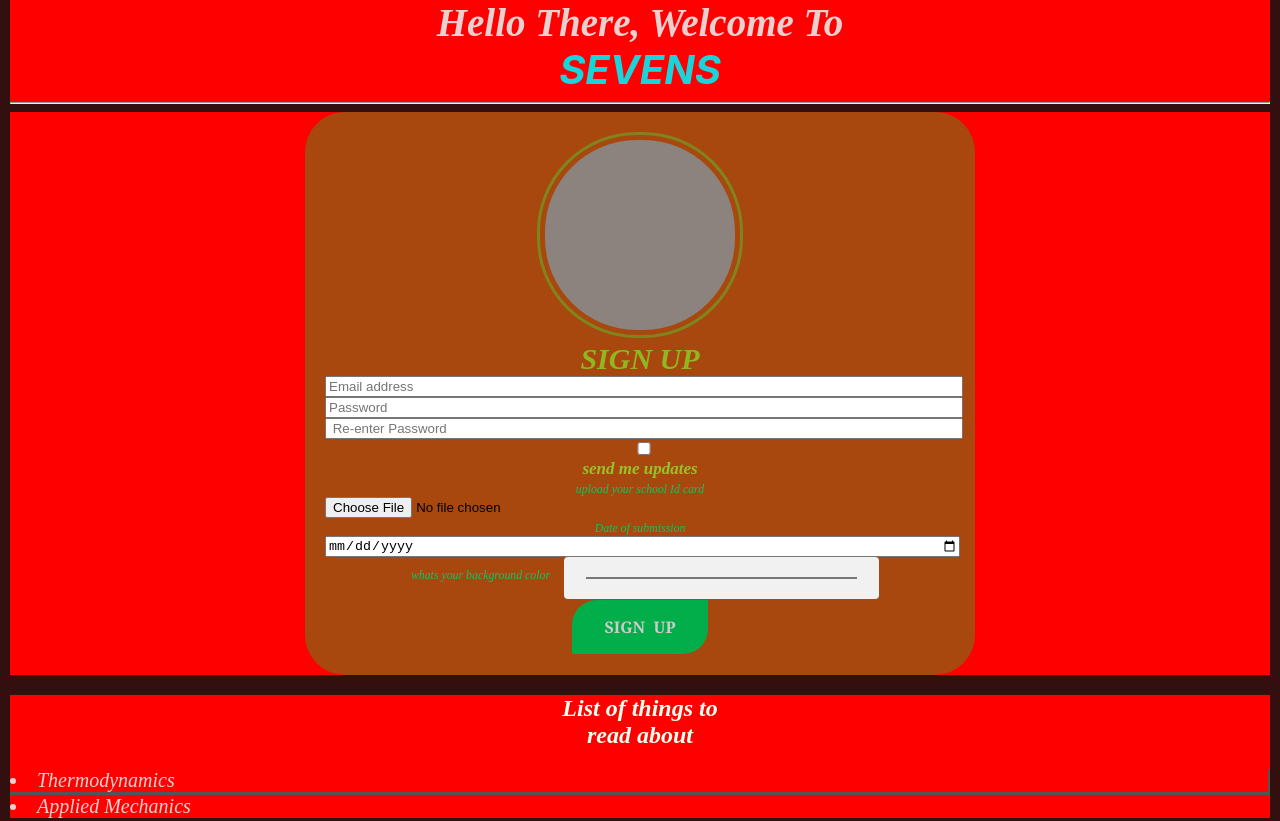
Repository: Ayomipo127/osasona
Page: signuppage.html
These files come from the project's save history. The page is drawn as it stood at one moment and after the next save; the edit follows.
The browser window is 1280 px wide. The pictures show the whole page.
Pictures or frames that could not be fetched are drawn as grey boxes.

Above is the page before, as saved 2021-08-30 22:33:51.

### signuppage.html
<!DOCTYPE HTML>
<html>
<title>My First Website</title>
<base src="../osasona">

<head>
    <link rel="stylesheet" href="css/style.css">
    <meta name="website" keywords="my First Website">
    <meta charset="UTF-8">
    <meta name="viewport" content="width=device--width, initial-scale=1.0">
    <meta http-equiv="X-UA-Compatible" content="ie=edge">

</head>

<body>
    <div class="header">
        <h3 class="bar2"><b>Hello There, Welcome To</b></h3>
        <h1>SEVENS </h1>
        <hr>
    </div>

    <div align="center">
        <form class="signup">
            <img class="try" src="images/pencil.jpg "> <br>
            <h2 class="temmy">SIGN UP </h2>
            <input placeholder="Email address">
            <br>
            <input placeholder="Password" type="password">
            <br>
            <input placeholder=" Re-enter Password" type="password"> <br>
            <input type="checkbox">
            <em> send me updates</em>
            <br>
            <p>upload your school Id card </p><br> <input type="file">
            <br>
            <p>Date of submission</p> <input type="date"> <br>
            <p>whats your background color</p> <input type="color" class="color">

            <br>
            <button class="signupbtn">SIGN &nbsp;UP</button>
        </form>
    </div>
    <div align="center">
        <h2 class="bar4">List of things to read about</h2>

        <li>Thermodynamics</li>
        <li> Applied Mechanics </li>


    </div>
</body>

</html>

### css/style.css
h3 {
    font-weight: 500;
    font-size: 39px;
    color: rgb(240, 225, 18);
    font-style: italic;
}

form {
    background: rgb(168, 72, 15, 5);
    padding: 20px;
    max-width: 190px;
    border-radius: 40px;
    -webkit-border-radius: 40px;
    -moz-border-radius: 40px;
    -ms-border-radius: 40px;
    -o-border-radius: 40px;
    -moz-border-radius: 40px;
}

h1 {
    color: rgb(235, 208, 208);
    font-size: 40px;
    font-family: -apple-system, BlinkMacSystemFont, 'Segoe UI', Roboto, Oxygen, Ubuntu, Cantarell, 'Open Sans', 'Helvetica Neue', sans-serif;
    font-style: italic;
    margin: auto;
    text-align: center;
}

h2 {
    color: rgb(149, 196, 40);
    font-family: 'Segoe UI', Tahoma, Geneva, Verdana, sans-serif;
    font-style: italic;
    width: 200px;
    margin: auto;
}

body {
    margin: 0px;
    margin-top: 0px;
    background-color: rgb(51, 15, 15);
    border: 5px;
}

button {
    font-family: Cambria, Cochin, Georgia, Times, 'Times New Roman', serif;
    font-weight: bolder;
    font-size: 100%;
    height: 30%;
    width: auto;
    background-color: #02ae49;
    border: none;
    color: #ccc;
    padding: 16px 32px;
    text-decoration: none;
    margin: 1px -4px;
    cursor: pointer;
    border-radius: 25px 0 25px 0;
    -webkit-border-radius: 25px 0 25px 0;
    -moz-border-radius: 25px 0 25px 0;
    -ms-border-radius: 25px 0 25px 0;
    -o-border-radius: 25px 0 25px 0;
}

em {
    font-weight: bold;
    font-size: 17px;
    font-family: cursive;
    color: rgb(149, 196, 40);
}

img {
    width: 190px;
    border-radius: 100px;
    height: 190px;
    border: solid rgb(138, 160, 13);
    margin: auto;
    padding: 5px 5px 5px 5px;
    filter: saturate(195%) contrast(85%);
    -webkit-filter: saturate(195%) contrast(85%) grayscale(17%);
    -webkit-border-radius: 100px;
    -moz-border-radius: 100px;
    -ms-border-radius: 100px;
    -o-border-radius: 100px;
}

.try {
    filter: opacity(90%) saturate(95%) contrast(85%) brightness(90%);
    -webkit-filter: opacity(90%) saturate(95%) contrast(85%) brightness(90%);
    position: center;
    align-items: center;
}

h2.temmy {
    font-size: 30px;
    font-family: cursive;
    color: rgb(143, 184, 32);
}

h3.bar2 {
    font-weight: 500;
    font-size: 39px;
    font-style: italic;
    color: rgb(235, 208, 208);
    text-align: center;
    margin: auto;
}

li {
    color: rgb(235, 208, 208);
    font-size: 20px;
    font-style: italic;
    margin: auto;
}

h2.bar4 {
    color: honeydew;
    font-style: italic;
    font-family: cursive;
    margin: 20px;
}

pre {
    font-size: medium;
    font-family: Verdana, Geneva, Tahoma, sans-serif;
    color: thistle;
    font-weight: bolder;
    border: solid 3px purple;
    border-radius: 10px;
    display: inline;
    -webkit-border-radius: 10px;
    -moz-border-radius: 10px;
    -ms-border-radius: 10px;
    -o-border-radius: 10px;
}

i {
    color: white;
    font-size: 20px
}

.rightwing {
    background: linear-gradient(120deg, sandyBrown, saddleBrown);
}



p {
    color: honeydew;
    font-style: italic;
    font-family: cursive;
    margin: 10px;
    font-size: 74%;
    display: inline;
    word-wrap: break-word;
}

div {
    background-color: red;
    margin: 10px;
    margin-top: 0px;
    margin-bottom: 0px;
}

form.signup {
    max-width: 50%;
}
input {
    width: 100%;
    height: 100%;
}
.calculator {
    border: 2px solid gray;
    font-size: 0;
}

.hit {
    width: 25%;
    height: 35px;
}

.clear {
    width: 50px;
    background-color: green;
}

.submit {
    width: 50%;
    background-color: rgb(49, 81, 224);
}

.trey {
    text-align: right;
    font-size: 15px;
}

.true {
    filter: saturate(95%) contrast(85%);
    position: center;
    margin-left: 40%;
    align-items: center;
    -webkit-filter: saturate(95%) contrast(85%);
}

.first {
    background-color: lavender;
}

.second {
    background-color: rgb(133, 179, 25);
    top: 20px;
}

.third {
    background-color: rgb(12, 143, 88);
    top: 50px;
}

strong {
    position: relative;
    color: rgb(0, 0, 0);
    padding: 10px;
}

.yes {
    position: relative;
    left: 5px;
}

.random {
    position: relative;
    right: 0px;
    top: 700px;
    font-size: 17px;
}

.gop {
    position: relative;
    left: -3%;
}

.pog {
    position: relative;
    left: 10%;
}

.container {
    border: 2px solid #806868;
    align-items: center;
    display: block;
}

div p {
    color: #0dc45f;
}

a:hover {
    color: #FF0000;
}
button:hover {
    color: #FF0000;
}
a:visited {
    color: #00FF00;
}

a:active {
    background-color: #4CAF50;
    color: white;
}

h1::first-line {
    color: #17d5db;
    font-variant: small-caps;
}

li a {
    display: block;
    color: #000;
    padding: 8px 0 8px 16px;
    text-decoration: none;
}



li {
    text-align: left;
    border-bottom: 3px solid #555;
    border-right: 2px solid #555 ;

}

li:last-child {
border-bottom: none;
border-right: none;
}

ul {
    list-style-type: none;
    margin: 0;
    padding: 0;

    width: 25%;
    height: 27%;
    background-color: #35470b;
    /* Full height */
    position: fixed;
    /* Make it stick, even on scroll */
    overflow: auto;
    /* Enable scrolling if the sidenav has too much content */

}

span {
    color:#000000;
    size: 200px;
}

.dropdown {
    position: fixed;
    display: inline-block;
    background-color: aliceblue;
}

.dropdown-content {
    display: none;
    position: absolute;

    min-width: 160px;
    box-shadow: 0px 8px 16px 0px rgba(0,0,0,0.2);
    padding: 12px 16px;
    z-index: 1;
}

.dropdown:hover .dropdown-content {
    display: block;
}
div.img {
    margin: 15px;
    border: 1px solid #ccc;
    float: left;
    width: 180px;
}

div.img:hover {
    border: 1px solid #777;
    opacity:0.4;
    filter: alpha(opacity=100);
    -webkit-filter: alpha(opacity=100);
}

div.img img {
    width: 100%;
    height: 100%;
}

div.desc {
    padding: 15px;
    text-align: center;
}

.color {
    width: 50%;
    padding: 16px 20px;
    border: none;
    border-radius: 4px;
    background-color: #f1f1f1;
}
.questions{
    transition: width 5s;
    -webkit-transition: width 5s;
    -moz-transition: width 5s;
    -ms-transition: width 5s;
    -o-transition: width 5s;
}
.questions:hover{width: 220px;
height: 75px;}

After the next save:
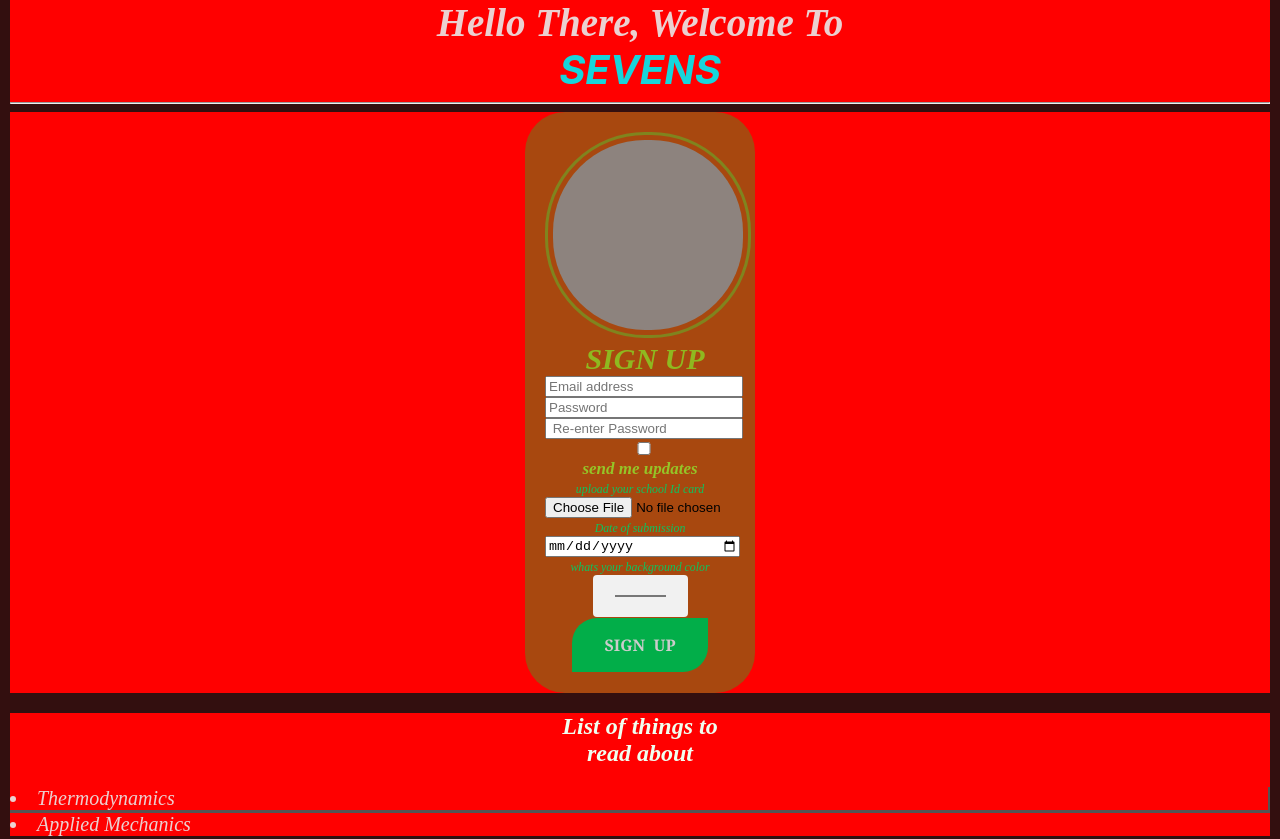
Saved 6 s later.
--- a/signuppage.html
+++ b/signuppage.html
@@ -20,7 +20,7 @@
     </div>
 
     <div align="center">
-        <form class="signup">
+        <form class="">
             <img class="try" src="images/pencil.jpg "> <br>
             <h2 class="temmy">SIGN UP </h2>
             <input placeholder="Email address">
